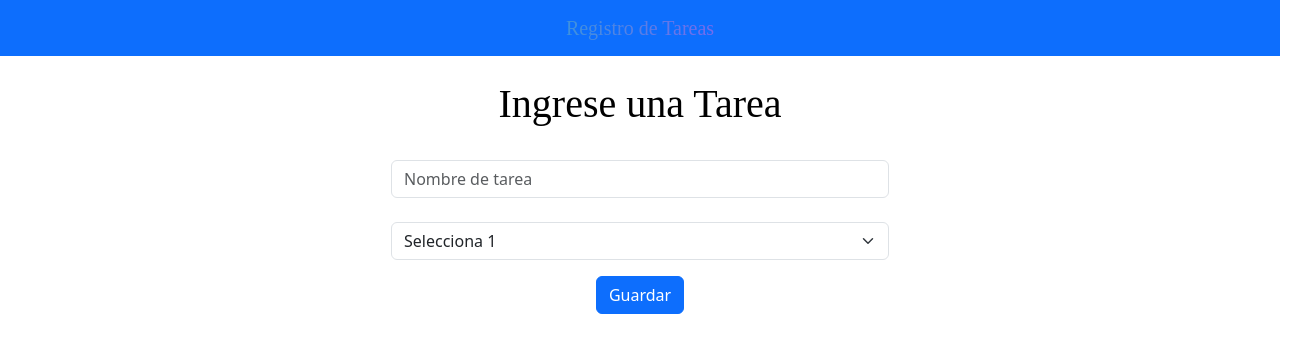
Repository: mgarrido0gb/registroTareas
Page: http://localhost/Tareas/Home
An editor plug-in stored every save of this project. The page is shown before and after the next save, followed by the edit.
The browser window is 1280 px wide. The page is 1292 px wide, so the pictures cover 1292 px, including what lies to the right of the window. The pictures show the whole page.
Some web fonts or font styles are not loaded; a fallback is used. The page is served by Tomcat 10. Other server files are loaded and not shown. Queries for data that is not in the repository find no rows.

Above is the page before, as saved 2024-05-21 22:46:38.

### Tareas/src/main/webapp/WEB-INF/home.jsp
<%@page import="models.Categoria"%>
<%@page import="models.Tarea"%>
<%@ page language="java" contentType="text/html; charset=ISO-8859-1"
    pageEncoding="ISO-8859-1" import="java.util.ArrayList" import="models.Tarea" import="models.Categoria"%>
<!doctype html>
<html lang="en">
  <head>
    <meta charset="utf-8">
    <meta name="viewport" content="width=device-width, initial-scale=1">
    <title>Registro Tareas</title>
    <link href="https://cdn.jsdelivr.net/npm/bootstrap@5.3.3/dist/css/bootstrap.min.css" rel="stylesheet" integrity="sha384-QWTKZyjpPEjISv5WaRU9OFeRpok6YctnYmDr5pNlyT2bRjXh0JMhjY6hW+ALEwIH" crossorigin="anonymous">
    <link rel="preconnect" href="https://fonts.googleapis.com">
	<link rel="preconnect" href="https://fonts.gstatic.com" crossorigin>
	<link href="https://fonts.googleapis.com/css2?family=Kanit:ital,wght@0,100;0,200;0,300;0,400;0,500;0,600;0,700;0,800;0,900;1,100;1,200;1,300;1,400;1,500;1,600;1,700;1,800;1,900&family=Open+Sans:ital,wght@0,300..800;1,300..800&family=Roboto:ital,wght@0,100;0,300;0,400;0,500;0,700;0,900;1,100;1,300;1,400;1,500;1,700;1,900&display=swap" rel="stylesheet">
    <style type="text/css">
    	body{
    		background-color: white;
    		color: black;
    	}

    	li{
    		color: black;
    	}

    	#titulo ,h1{
    		font-family: "Kanit", static;
    	}

    	#titulo{
  			color: transparent;
    		background-image: linear-gradient(to left, #FFD700, #7B68EE, #3498db, #2ecc71, #FFD700);
    		background-clip: text;
    		animation: color 3s linear infinite;
    		background-size: 500%;

    	}

    	@keyframes color {
    		from {
       			 background-position: 0% 50%;
    		}

    		to {
        		background-position: 100% 50%;
    		}
		}






    </style>

  </head>
  <body>
  	<%
  		ArrayList<Categoria> cats = (ArrayList<Categoria>)request.getAttribute("cats");
  		ArrayList<Tarea> tareas = (ArrayList<Tarea>)request.getAttribute("tareas");

  	%>
  	<nav class="navbar navbar-expand-lg bg-primary">
    	<div class="container-fluid">
        	<a class="navbar-brand mx-auto bg-secondary-subtle" id="titulo" href="#">Registro de Tareas</a>
    	</div>
	</nav>

    <div class="container">
    	<div class="row justify-content-center">
        	<div class="col-12 col-md-9 col-lg-6">
            	<form action="/Tareas/Home" method="post">
                	<div class="p-4">
                    	<h1 class="text-center">Ingrese una Tarea</h1>
                    	<br>
                    	<div class="form-group">
                        	<input class="form-control" placeholder="Nombre de tarea" name="texto" type="text" required>
                    	</div>
                    	<br>
                    	<div class="col-12">
              				<select class="form-select" name="categoria_id" required>
                				<option selected value required>Selecciona 1</option>
                					<% for (Categoria c: cats) { %>
                						<option value="<%=c.id %>"><%=c.nombre %></option>
                					<% } %>
              				</select>
     					</div>
                    	<div class="text-center mt-3">
                        	<input type="submit" value="Guardar" class="btn btn-primary" onclick="mensaje()">
                    	</div>
                	</div>

            	</form>
        	</div>
    	</div>
	</div>






   <div class="row">
   		<div class="col-6 offset-3 d-block m-auto m-0 p-2 col-md-3">


    			<% for (Tarea t: tareas) { %>
    				<ul class="list-group text-center">
    					<li <% if (t.completada == true){ %>class="text-decoration-line-through text-danger"<% } %> class="list-group-item text-center">
    		 				<h5>Agregada el: <%=t.fecha %></h5>
    		 				<h6 class="text-center">(<%=t.texto%>)</h6>
    		 				<a href="/Tareas/CheckearTarea?id=<%=t.id%>"><img src="https://img.icons8.com/?size=48&id=sz8cPVwzLrMP&format=png" class="logotipo" onclick="check()" ></img></a>
    		 				<a href="/Tareas/GestionTarea?id=<%=t.id%>"><img src="https://img.icons8.com/?size=48&id=pre7LivdxKxJ&format=png" class="logotipo" onclick="eliminar()"></img></a>
    					</li>
    				<br>
    			<%}%>
    		</ul>

   		</div>
   </div>


   <script type="text/javascript">


   	function mensaje(){
   		alert("Tarea Agregada con éxito");
   	}

   	function eliminar(){
   		alert("Tarea eliminada con éxito");
   	}

   	function check(){
   		alert("Tarea Realizada con éxito");
   	}

   </script>
    <script src="https://cdn.jsdelivr.net/npm/bootstrap@5.3.3/dist/js/bootstrap.bundle.min.js" integrity="sha384-YvpcrYf0tY3lHB60NNkmXc5s9fDVZLESaAA55NDzOxhy9GkcIdslK1eN7N6jIeHz" crossorigin="anonymous"></script>
  </body>
</html>

### Tareas/src/main/java/servlets/Home.java
package servlets;

import jakarta.servlet.RequestDispatcher;
import jakarta.servlet.ServletException;
import jakarta.servlet.annotation.WebServlet;
import jakarta.servlet.http.HttpServlet;
import jakarta.servlet.http.HttpServletRequest;
import jakarta.servlet.http.HttpServletResponse;
import models.Categoria;
import models.Tarea;

import java.io.IOException;
import java.sql.SQLException;
import java.util.ArrayList;

import daos.CategoriaDao;
import daos.TareaDao;


/**
 * Servlet implementation class Home
 */
public class Home extends HttpServlet {
	private static final long serialVersionUID = 1L;

    /**
     * Default constructor.
     */
    public Home() {
        // TODO Auto-generated constructor stub
    }

	/**
	 * @throws IOException
	 * @throws ServletException
	 * @see HttpServlet#doGet(HttpServletRequest request, HttpServletResponse response)
	 */
	protected void doGet(HttpServletRequest request, HttpServletResponse response) throws ServletException, IOException  {
		// TODO Auto-generated method stub
		try {
			ArrayList<Tarea> tareas = TareaDao.getAll();
			System.out.println(tareas);
			request.setAttribute("tareas", tareas);

			ArrayList<Categoria> cats = CategoriaDao.getAll();
			request.setAttribute("cats", cats);
		} catch(SQLException e) {
			System.out.println(e);
		}


		// 2. Cargamos el JSP
		RequestDispatcher vista = request.getRequestDispatcher("WEB-INF/home.jsp");
		vista.forward(request, response);
	}

	/**
	 * @see HttpServlet#doPost(HttpServletRequest request, HttpServletResponse response)
	 */
	protected void doPost(HttpServletRequest request, HttpServletResponse response) throws ServletException, IOException {
		// TODO Auto-generated method stub
		String textoNuevaTarea = request.getParameter("texto");
		int categoria_id = Integer.parseInt(request.getParameter("categoria_id"));
		try {
			TareaDao.addNew(textoNuevaTarea,categoria_id);

		} catch (SQLException e) {
			// TODO Auto-generated catch block
			e.printStackTrace();
		}


		response.sendRedirect("/Tareas/Home");
	}

}

### Tareas/src/main/java/daos/TareaDao.java
package daos;

import java.sql.Connection;
import java.sql.PreparedStatement;
import java.sql.ResultSet;
import java.sql.SQLException;
import java.sql.Statement;
import java.util.ArrayList;

import models.Categoria;
import models.MyConn;
import models.Tarea;

public class TareaDao {

	static public void addNew(String textoNuevaTarea, int categoria_id) throws SQLException {
		//1.-  nueva conexion
		Connection conn = MyConn.getConnection();
		//2.- consulta
		PreparedStatement consulta =conn.prepareStatement("INSERT INTO TAREAS (texto,categoria_id) values(?,?)");
		consulta.setString(1, textoNuevaTarea);
		consulta.setInt(2, categoria_id);
		consulta.execute();
	}

	static public void deleteById (int idTarea) throws SQLException {
		// 1. Pedimos una conexion nueva
		Connection conn = MyConn.getConnection();
		// 2. Creamos la consulta
		PreparedStatement stmt = conn.prepareStatement(
			"delete from tareas where id=?"
		);
		stmt.setInt(1, idTarea);
		// 3. Ejecutar la stmt
		stmt.executeUpdate();
	  }

	static public void checkById (int idTarea) throws SQLException {
		// 1. Pedimos una conexion nueva
		Connection conn = MyConn.getConnection();
		// 2. Creamos la consulta
		PreparedStatement stmt = conn.prepareStatement(
			"update tareas set completada = true where id = ?"
		);
		stmt.setInt(1, idTarea);
		// 3. Ejecutar la stmt
		stmt.executeUpdate();
	  }





	static public ArrayList<String> get_textos () throws SQLException {
		// 1. Creamos un ArrayList vacío
		ArrayList<String> textos = new ArrayList<String>();
		// 2. Pedimos una conección nueva
		Connection conn = MyConn.getConnection();
		// 3. Creamos y ejecutamos la consulta
		Statement consulta = conn.createStatement();
		ResultSet respuesta = consulta.executeQuery("select * from tareas ");

		// 4. Vamos llenando el ArrayList con lo que tenga la respuesta
		while (respuesta.next()) {
		  textos.add( respuesta.getString("texto") );
		}
		// 5. Retornamos el ArrayList, ahora lleno
		return textos;
	  }



	static public ArrayList<Tarea> getAll () throws SQLException {
		// 1. Creamos un ArrayList vacío
		ArrayList<Tarea> tareas = new ArrayList<Tarea>();
		// 2. Pedimos una conección nueva
		Connection conn = MyConn.getConnection();
		// 3. Creamos y ejecutamos la consulta
		Statement consulta = conn.createStatement();
		ResultSet respuesta = consulta.executeQuery("select * from tareas");

		// 4. Vamos llenando el ArrayList con lo que tenga la respuesta
		while (respuesta.next()) {
			Tarea t = new Tarea(
					respuesta.getInt("id"),
					respuesta.getString("texto"),
					respuesta.getBoolean("completada"),
					respuesta.getDate("fecha")


			);
		  tareas.add(t);
		}
		return tareas;
	  }
}

### Tareas/src/main/java/models/MyConn.java
package models;

import java.sql.Connection;
import java.sql.DriverManager;
import java.sql.SQLException;

public class MyConn {
	static final String URL = "jdbc:postgresql://localhost/ejemplo_dao";
	static final String USER = "postgres";
	static final String PASSWORD = "12345";
	static final String DRIVER = "org.postgresql.Driver";

	static public Connection conn = null;

    static public Connection getConnection () {
      if (conn != null) {
        return conn;
      }
      try {
    	Class.forName(DRIVER);
    	conn = (Connection) DriverManager.getConnection(URL, USER, PASSWORD);
      }
      catch (ClassNotFoundException | SQLException e) {
    	e.printStackTrace();
      }
      return conn;
    }
}

### Tareas/src/main/java/daos/CategoriaDao.java
package daos;

import java.sql.Connection;
import java.sql.ResultSet;
import java.sql.SQLException;
import java.sql.Statement;
import java.util.ArrayList;

import models.Categoria;
import models.MyConn;


public class CategoriaDao {
	static public ArrayList<Categoria> getAll () throws SQLException {
		// 1. Creamos un ArrayList vacío
				ArrayList<Categoria> categorias = new ArrayList<Categoria>();
				// 2. Pedimos una conección nueva
				Connection conn = MyConn.getConnection();
				// 3. Creamos y ejecutamos la consulta
				Statement consulta = conn.createStatement();
				ResultSet respuesta = consulta.executeQuery("select * from categorias order by id");

				// 4. Vamos llenando el ArrayList con lo que tenga la respuesta
				while (respuesta.next()) {
				  Categoria t = new Categoria(
					respuesta.getInt("id"),
					respuesta.getString("nombre")
				  );
				  categorias.add( t );
				}
			  // 5. Retornamos el ArrayList, ahora lleno
			  return categorias;
}}

After the next save:
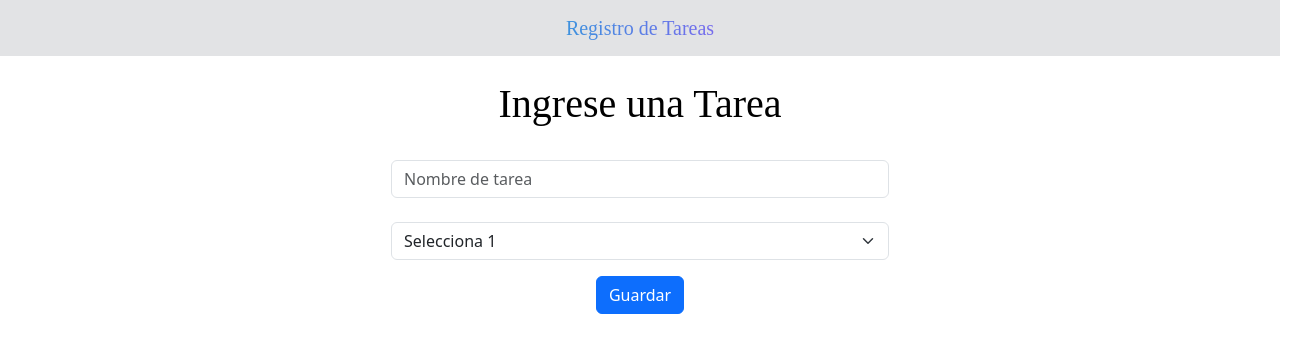
Saved 19 s later.
--- a/Tareas/src/main/webapp/WEB-INF/home.jsp
+++ b/Tareas/src/main/webapp/WEB-INF/home.jsp
@@ -59,9 +59,9 @@
   		ArrayList<Tarea> tareas = (ArrayList<Tarea>)request.getAttribute("tareas");
 
   	%>
-  	<nav class="navbar navbar-expand-lg bg-primary">
+  	<nav class="navbar navbar-expand-lg bg-secondary-subtle">
     	<div class="container-fluid">
-        	<a class="navbar-brand mx-auto bg-secondary-subtle" id="titulo" href="#">Registro de Tareas</a>
+        	<a class="navbar-brand mx-auto " id="titulo" href="#">Registro de Tareas</a>
     	</div>
 	</nav>
 
